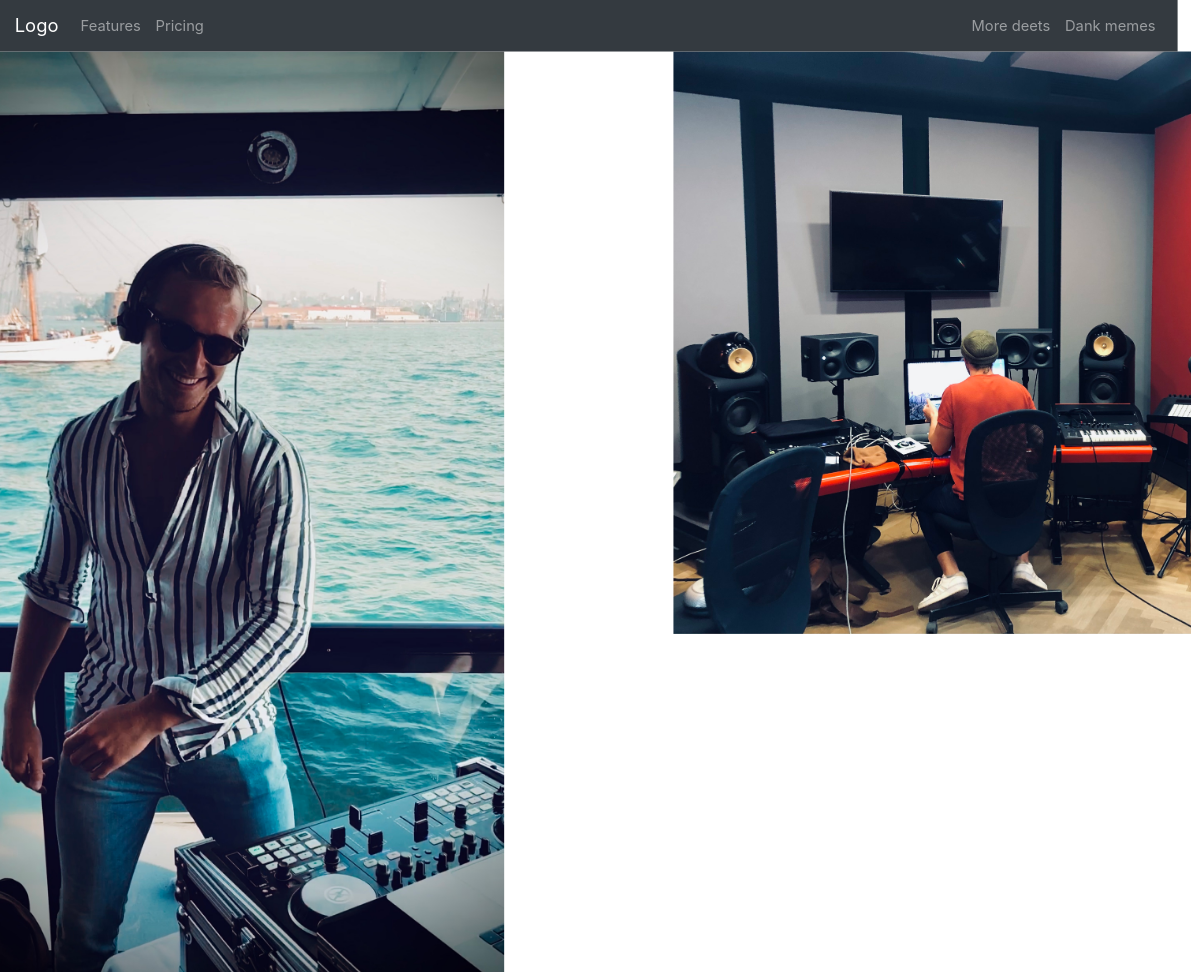
Repository: schweizercode/schweezzy
Page: /
These files come from the project's save history. The page is drawn as it stood at one moment and after the next save; the edit follows.
The browser window is 1280 px wide. The page is 1295 px wide, so the pictures cover 1295 px, including what lies to the right of the window. The pictures show the whole page, at 92% of full size.
The project was rebuilt for these pictures with package versions that can differ from the ones it lists, and the page was loaded fresh each time.

Above is the page before, as saved 2021-04-14 13:04:15.

After the next save:
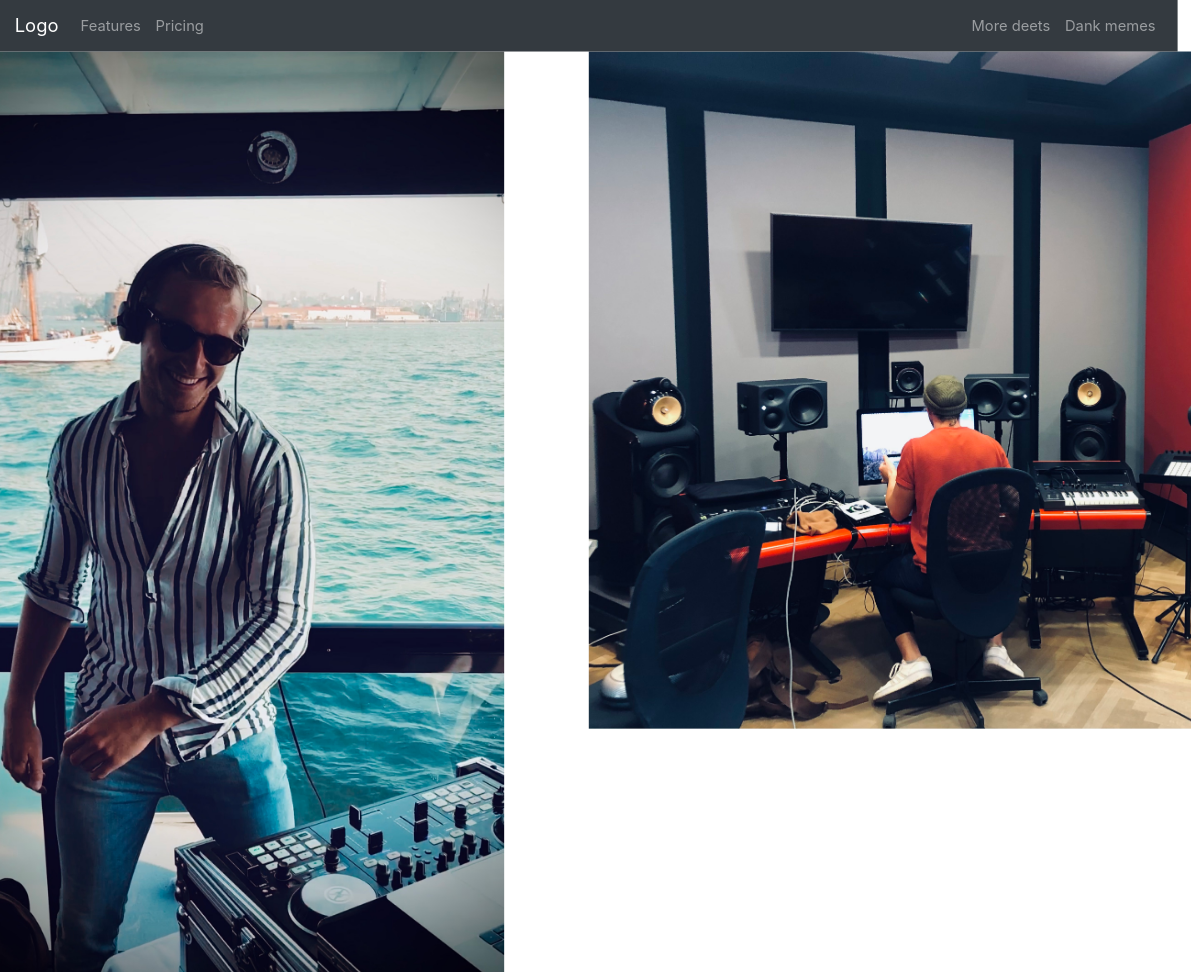
Saved 10 s later.
--- a/src/Mainpage.js
+++ b/src/Mainpage.js
@@ -11,7 +11,7 @@ function Mainpage() {
         <div class='row'>
             <div class='column'>
                 <img src={img1} alt="" style={{ width: '43%', float: 'left' }} />
-                <img src={img2} alt="" style={{ width: '43%', float: 'right' }} />
+                <img src={img2} alt="" style={{ width: '50%', float: 'right' }} />
             </div>
         </div>
 
